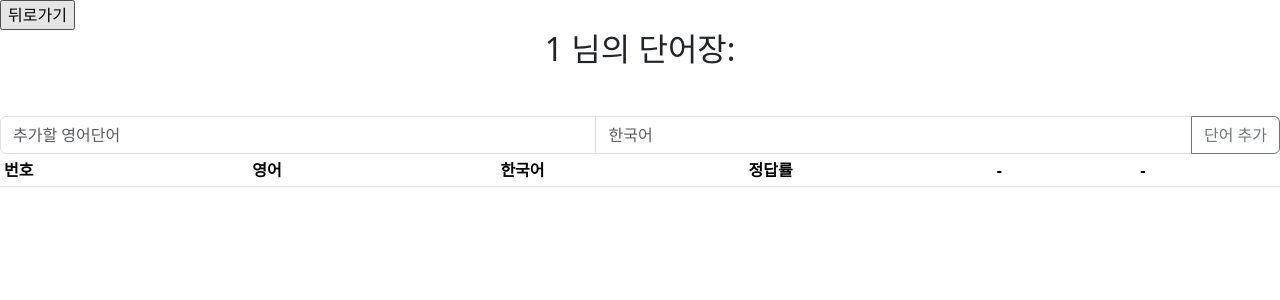
Repository: kokoko12334/myvocab-toy
Page: http://localhost/myVocabularyList/detail
The author's editor kept a copy of each file at every save. The page is drawn from the files as they stood at one save, then again after the next save.
The browser window is 1280 px wide. The pictures show the whole page.
The page is served by Tomcat 9. The session is filled in as if someone had signed in: {"id": 1, "pwd": 1, "list": 1}. Queries for data that is not in the repository find no rows.

Above is the page before, as saved 2023-04-07 12:29:55.

After the next save:
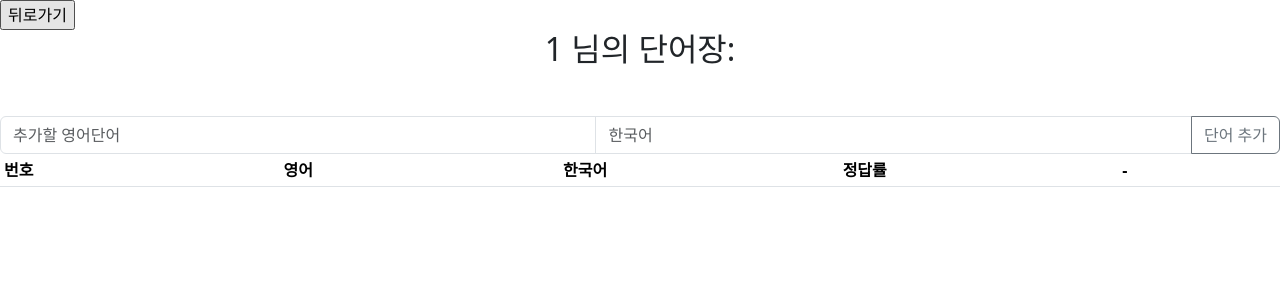
Saved 90 s later.
--- a/myVocabularyList/src/main/webapp/WEB-INF/views/myvocabulary/detail.jsp
+++ b/myVocabularyList/src/main/webapp/WEB-INF/views/myvocabulary/detail.jsp
@@ -38,7 +38,7 @@
             <col width=1px>
             <col width=1px>
             <col width=1px>
-            <col width=1px>
+
         </colgroup>
 		<tr>
 			<th>번호</th>
@@ -46,7 +46,7 @@
 			<th>한국어</th>
 			<th>정답률</th>
 			<th>-</th>
-			<th>-</th>
+
 		</tr>
 
 		<c:forEach var = "w" items = "${wordsList}" varStatus = "st">
@@ -55,8 +55,10 @@
 				<td>${w[0]}</td>
 				<td>${w[1]}</td>
 				<td>${w[2]}</td>
-				<td><input type="button" value="수정" onclick="showPopup('${w[0]}','${w[1]}');"/></td>
-				<td><button type="button" onclick="location.href='/deleteword?idx=${st.index}&english=${w[0]}&korean=${w[1]}'">단어 삭제</button></td>
+				<td>
+					<input type="button" value="수정" onclick="showPopup('${w[0]}','${w[1]}');"/>
+					<button onclick="location.href='/deleteword?idx=${st.index}&english=${w[0]}&korean=${w[1]}'">단어 삭제</button>
+				</td>
 			</tr>
 		</c:forEach>
 	</table>
